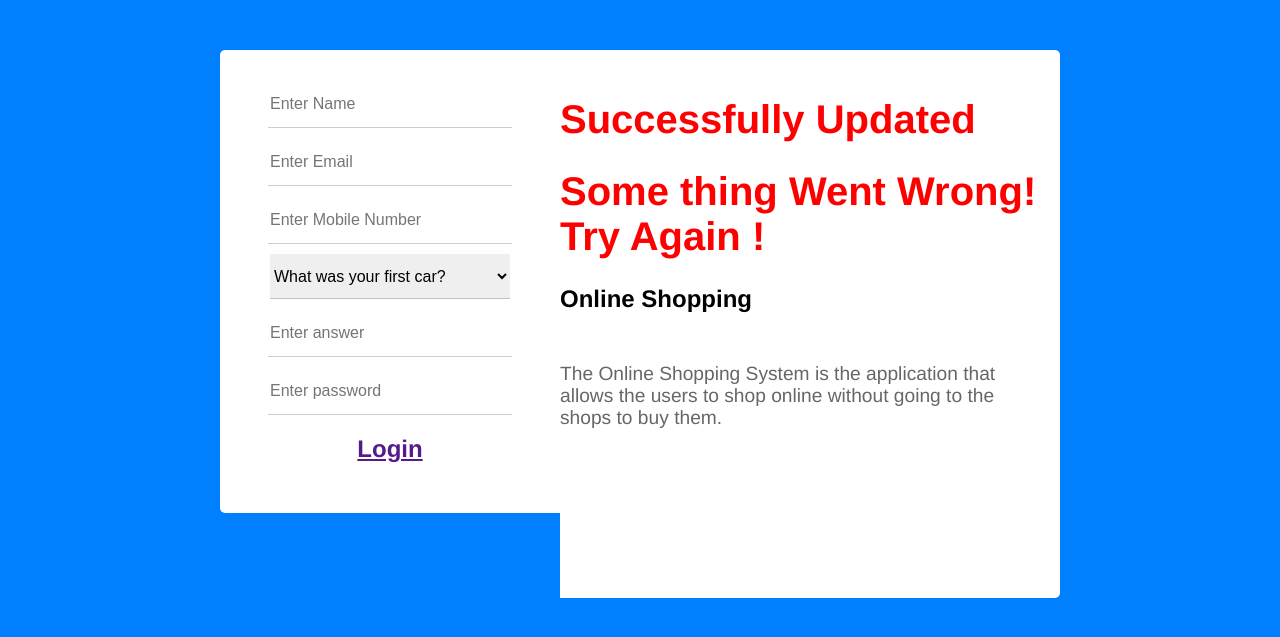
Repository: Dineshbabu290904/DigiMart
Page: http://localhost/ShoppingCart/signup.jsp
These files come from the project's save history. The page is drawn as it stood at one moment and after the next save; the edit follows.
The browser window is 1280 px wide. The pictures show the whole page.
The page is served by Tomcat 9.

Above is the page before, as saved 2024-10-12 04:57:10.

After the next save:
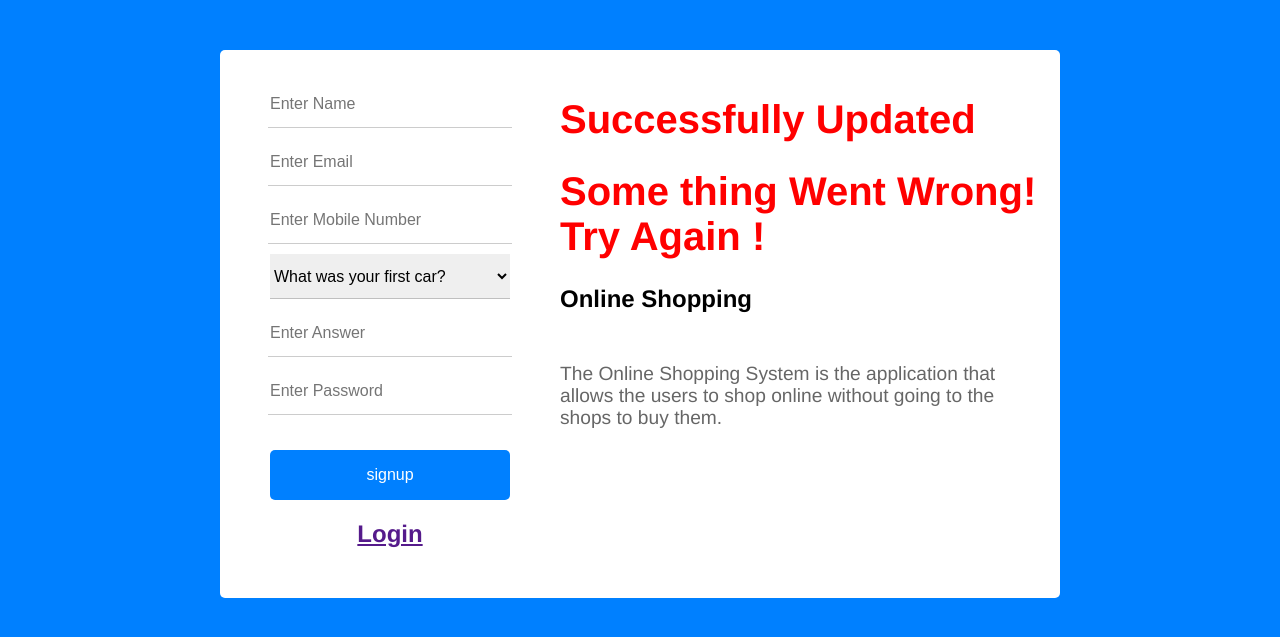
Saved 5 min 39 s later.
--- a/ShoppingCart/src/main/webapp/signup.jsp
+++ b/ShoppingCart/src/main/webapp/signup.jsp
@@ -17,8 +17,9 @@
   			<option value="What elementary school did you attend?">What elementary school did you attend?</option>
   			<option value="What is the name of the town where you were born?">What is the name of the town where you were born?</option>
   		</select>
-  		<input type="text" name="answer" placeholder="Enter answer" required>
-  		<input type="password" name="password" placeholder="Enter password" required>
+  		<input type="text" name="answer" placeholder="Enter Answer" required>
+  		<input type="password" name="password" placeholder="Enter Password" required>
+  		<input type="submit" value="signup">
   	</form>
       <h2><a href="">Login</a></h2>
   </div>
